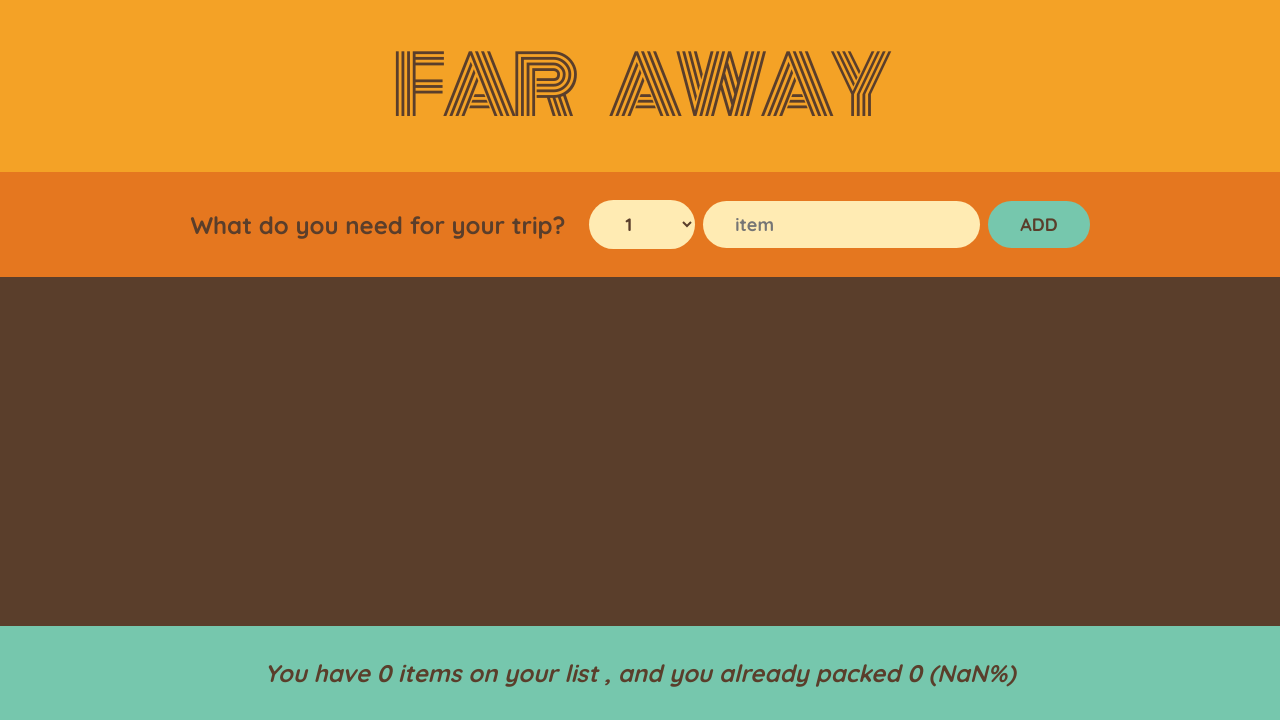
Repository: ahmedharidy/react-checklist
Page: /
The author's editor kept a copy of each file at every save. The page is drawn from the files as they stood at one save, then again after a run of saves.
The browser window is 1280 px wide. The pictures show the whole page.
The project was rebuilt for these pictures with package versions that can differ from the ones it lists, and the page was loaded fresh each time.

Above is the page before, as saved 2026-10-04 19:47:07.

After the next 5 saves:
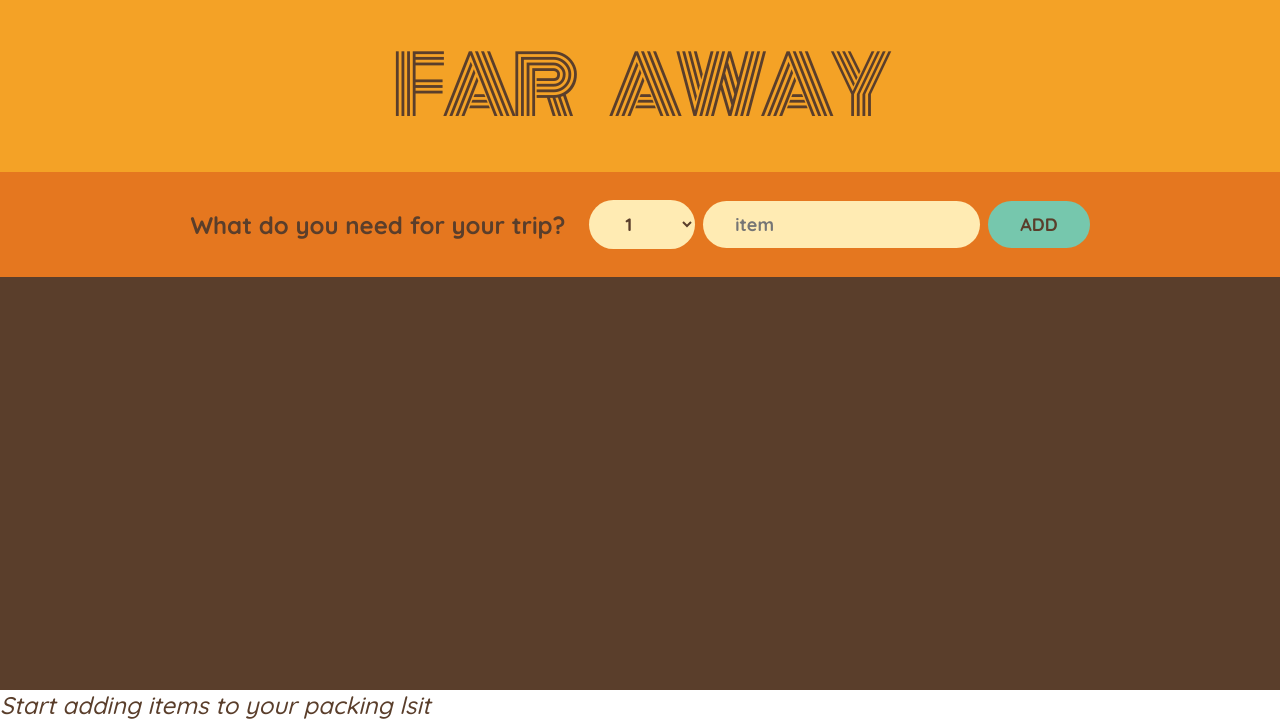
The 5 saves are shown as one change because 3 did not build or start and some came seconds apart.
The last was saved 3 min 12 s later.
--- a/src/App.js
+++ b/src/App.js
@@ -109,6 +109,12 @@
 }
 
 function Stats({ items }) {
+  if (!items.length)
+    return (
+      <p className="footer">
+        <em>Start adding items to your packing lsit </em>
+      </p>
+    );
   const numItems = items.length;
   const numPacked = items.filter((item) => item.packed).length;
   const percentage = Math.round((numPacked / numItems) * 100);
